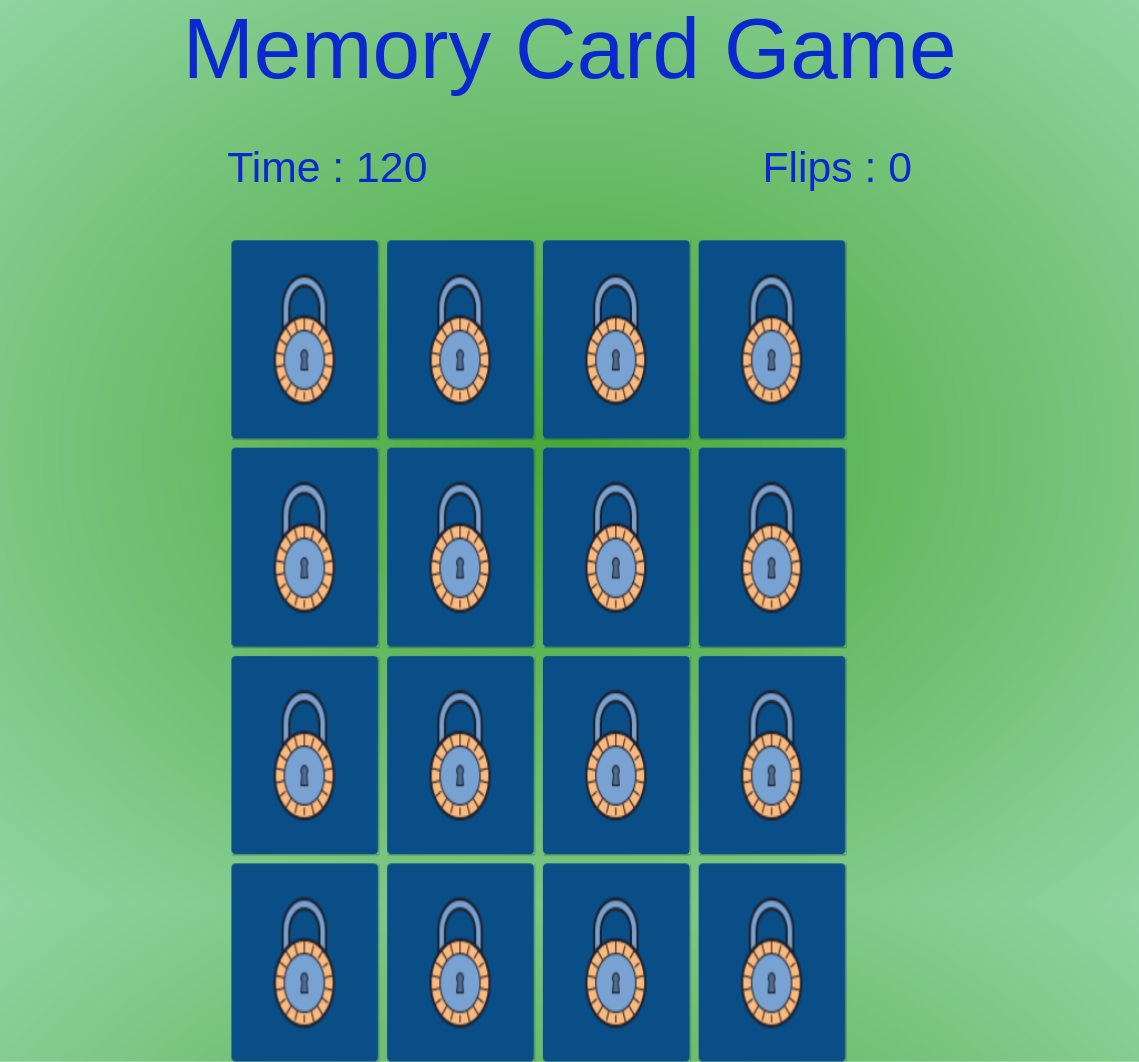
Repository: claudiadanaila1/Project-2--Interactive-FrontEnd---Memory-game
Page: index.html
The author's editor kept a record of every edit. The page is drawn from the files as they stood at one moment, then again after the next edit.
The browser window is 1280 px wide. The pictures show the whole page, at 89% of full size.

Above is the page before.

### index.html
<!DOCTYPE html>
<html lang="en">
<head>
    <meta charset="UTF-8">
    <meta name="viewport" content="width=device-width, initial-scale=1.0">
    <meta http-equiv="X-UA-Compatible" content="ie=edge">
    <link rel="stylesheet" href="css/style.css" type="text/css" />
    <title>Memory Card Game</title>
</head>
<body>
    <h1 class="title">Memory Card Game</h1>

    <div class="game-info-container">
      <div class="game-info">
        Time : <span id="time-remaining">120</span>
      </div>
      <div class="game-info">
        Flips : <span id="flips">0</span>
      </div>
    </div>

  <section class="memory-game">
      <div class="memory-card">
          <img class="card-front" src="assets/images/jelly1.jpg" alt="jelly-fish"/>
          <img class="card-back"  src="assets/images/icon8-lock.png" alt="lock" />
      </div>
      <div class="memory-card">
          <img class="card-front" src="assets/images/jelly1.jpg" alt="jelly-fish"/>
          <img class="card-back"  src="assets/images/icon8-lock.png" alt="lock" />
      </div>
      <div class="memory-card">
          <img class="card-front" src="assets/images/jelly2.jpg" alt="jelly-fish"/>
          <img class="card-back"  src="assets/images/icon8-lock.png" alt="lock" />
      </div>
      <div class="memory-card">
          <img class="card-front" src="assets/images/jelly2.jpg" alt="jelly-fish"/>
          <img class="card-back"  src="assets/images/icon8-lock.png" alt="lock" />
      </div>
      <div class="memory-card">
          <img class="card-front" src="assets/images/jelly3.jpg" alt="jelly-fish"/>
          <img class="card-back"  src="assets/images/icon8-lock.png" alt="lock" />
      </div>
      <div class="memory-card">
          <img class="card-front" src="assets/images/jelly3.jpg" alt="jelly-fish"/>
          <img class="card-back"  src="assets/images/icon8-lock.png" alt="lock" />
      </div>
      <div class="memory-card">
          <img class="card-front" src="assets/images/jelly4.jpg" alt="jelly-fish"/>
          <img class="card-back"  src="assets/images/icon8-lock.png" alt="lock" />
      </div>
      <div class="memory-card">
          <img class="card-front" src="assets/images/jelly4.jpg" alt="jelly-fish"/>
          <img class="card-back"  src="assets/images/icon8-lock.png" alt="lock" />
      </div>
      <div class="memory-card">
          <img class="card-front" src="assets/images/jelly5.jpg" alt="jelly-fish"/>
          <img class="card-back"  src="assets/images/icon8-lock.png" alt="lock" />
      </div>
      <div class="memory-card">
          <img class="card-front" src="assets/images/jelly5.jpg" alt="jelly-fish"/>
          <img class="card-back"  src="assets/images/icon8-lock.png" alt="lock" />
      </div>
      <div class="memory-card">
          <img class="card-front" src="assets/images/jelly6.jpg" alt="jelly-fish"/>
          <img class="card-back"  src="assets/images/icon8-lock.png" alt="lock" />
      </div>
      <div class="memory-card">
          <img class="card-front" src="assets/images/jelly6.jpg" alt="jelly-fish"/>
          <img class="card-back"  src="assets/images/icon8-lock.png" alt="lock" />
      </div>
      <div class="memory-card">
          <img class="card-front" src="assets/images/jelly7.jpg" alt="jelly-fish"/>
          <img class="card-back"  src="assets/images/icon8-lock.png" alt="lock" />
      </div>
       <div class="memory-card">
          <img class="card-front" src="assets/images/jelly7.jpg" alt="jelly-fish"/>
          <img class="card-back"  src="assets/images/icon8-lock.png" alt="lock" />
      </div>
      <div class="memory-card">
          <img class="card-front" src="assets/images/jelly8.jpg" alt="jelly-fish"/>
          <img class="card-back"  src="assets/images/icon8-lock.png" alt="lock" />
      </div>
      <div class="memory-card">
          <img class="card-front" src="assets/images/jelly8.jpg" alt="jelly-fish"/>
          <img class="card-back"  src="assets/images/icon8-lock.png" alt="lock" />
      </div>

  </section>

</body>
</html>

### css/style.css
@import url('https://fonts.googleapis.com/css?family=Ubuntu&display=swap');

* {
    padding: 0;
    margin: 0;
    box-sizing: border-box;
}

html {
   min-height: 100vh;
    display: flex;
    background:radial-gradient(#48a738, #76ca8ccf);
}

body{
    margin:auto;
    justify-content:center;
}

.title {
    font-family:"Patrick Hand", sans-serif;
    font-size: 6em;
    text-align: center;
    font-weight: normal;
    color:#0a28ce;
}

.game-info-container {
    grid-column: 1/-1;
    justify-content: space-between;
    display: flex;
    margin:50px;
}

.game-info {
    font-family: "Patrick Hand", sans-serif;
    font-size:3em;
    color:#0a28ce;
}

.memory-game {
    height:700px;
    width:700px;
    margin: 50px 50px;
    display:flex;
    flex-wrap: wrap;
    perspective:1000px;
}

.memory-card {
  width: calc(25% - 10px);
  height: calc(33.333% - 10px);
  margin: 5px;
  position: relative;
  transform: scale(1);
  transform-style: preserve-3d;
  transition: transform .5s;
  box-shadow: 1px 1px 1px rgba(0,0,0,.3);
}

.memory-card:active {
  transform: scale(0.96);
  transition: transform .3s;
}

.memory-card.flip {
  transform: rotateY(180deg);
}

.card-front,
.card-back {
  width: 100%;
  height: 100%;
  padding: 20px;
  position: absolute;
  border-radius: 5px;
  background: #0a4e88;
  backface-visibility: hidden;
}

.card-front {
  transform: rotateY(180deg);
}

After the next edit:
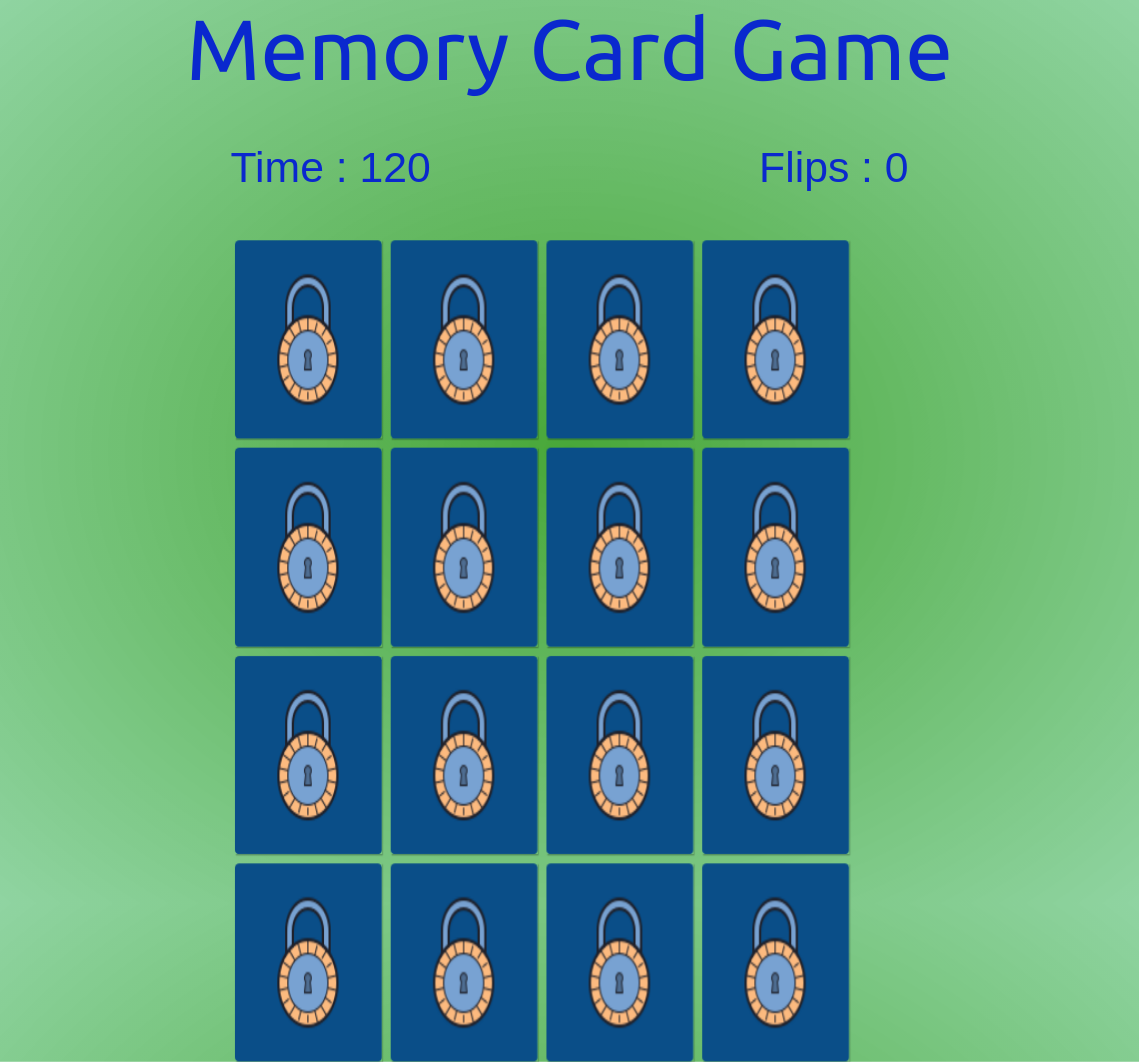
The edit:
--- a/css/style.css
+++ b/css/style.css
@@ -18,7 +18,7 @@
 }
 
 .title {
-    font-family:"Patrick Hand", sans-serif;
+    font-family:Ubuntu, sans-serif;
     font-size: 6em;
     text-align: center;
     font-weight: normal;
